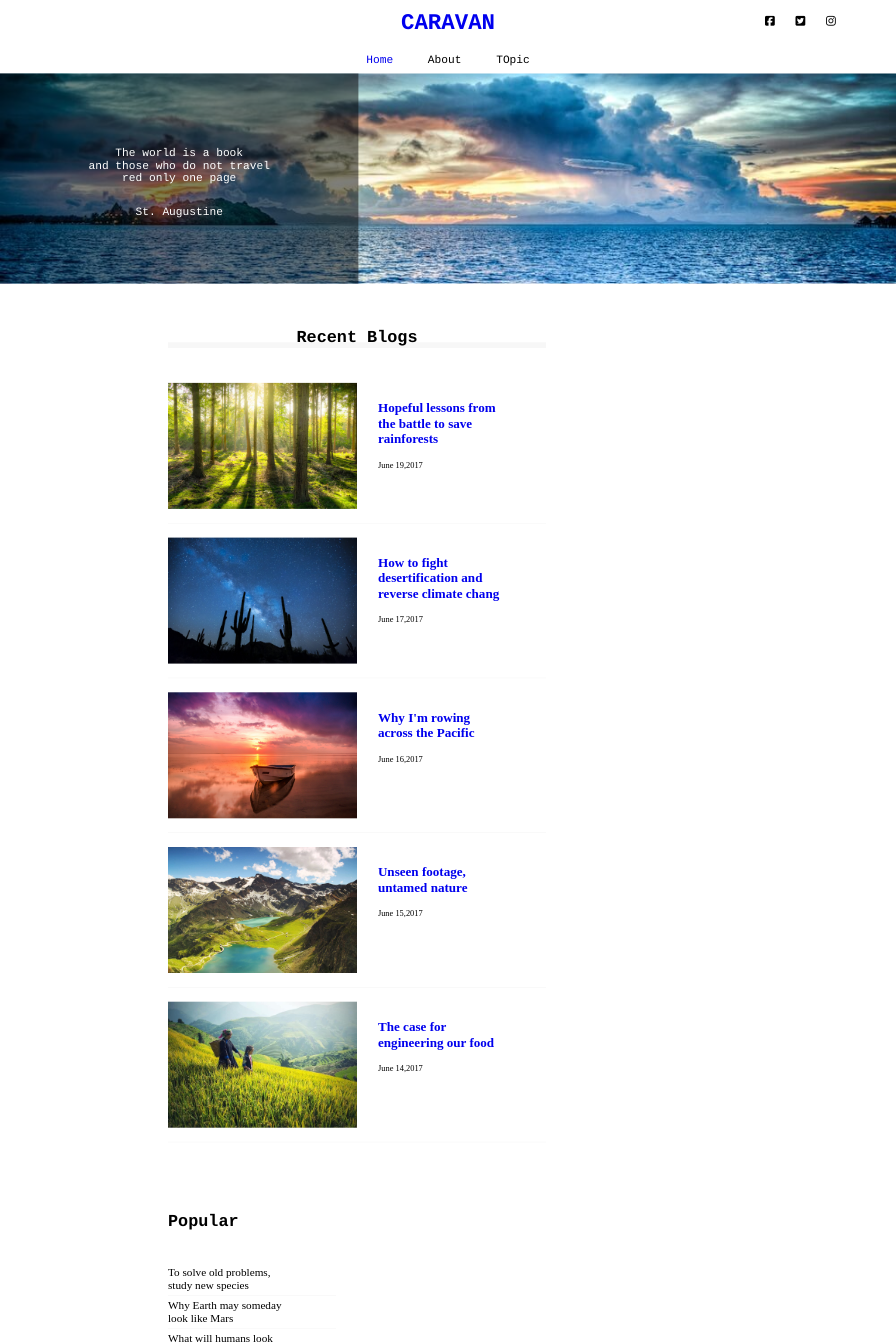
Repository: wakasugisatoi/git
Page: caravan/index2.html
The author's editor kept a record of every edit. The page is drawn from the files as they stood at one moment, then again after the next edit.
The browser window is 1280 px wide. The pictures show the part of the page from y = 0 to 1920 px (the page is 3070 px tall), at 70% of full size.
Some web libraries are served in a nearby version.

Above is the page before.

After the next edit:
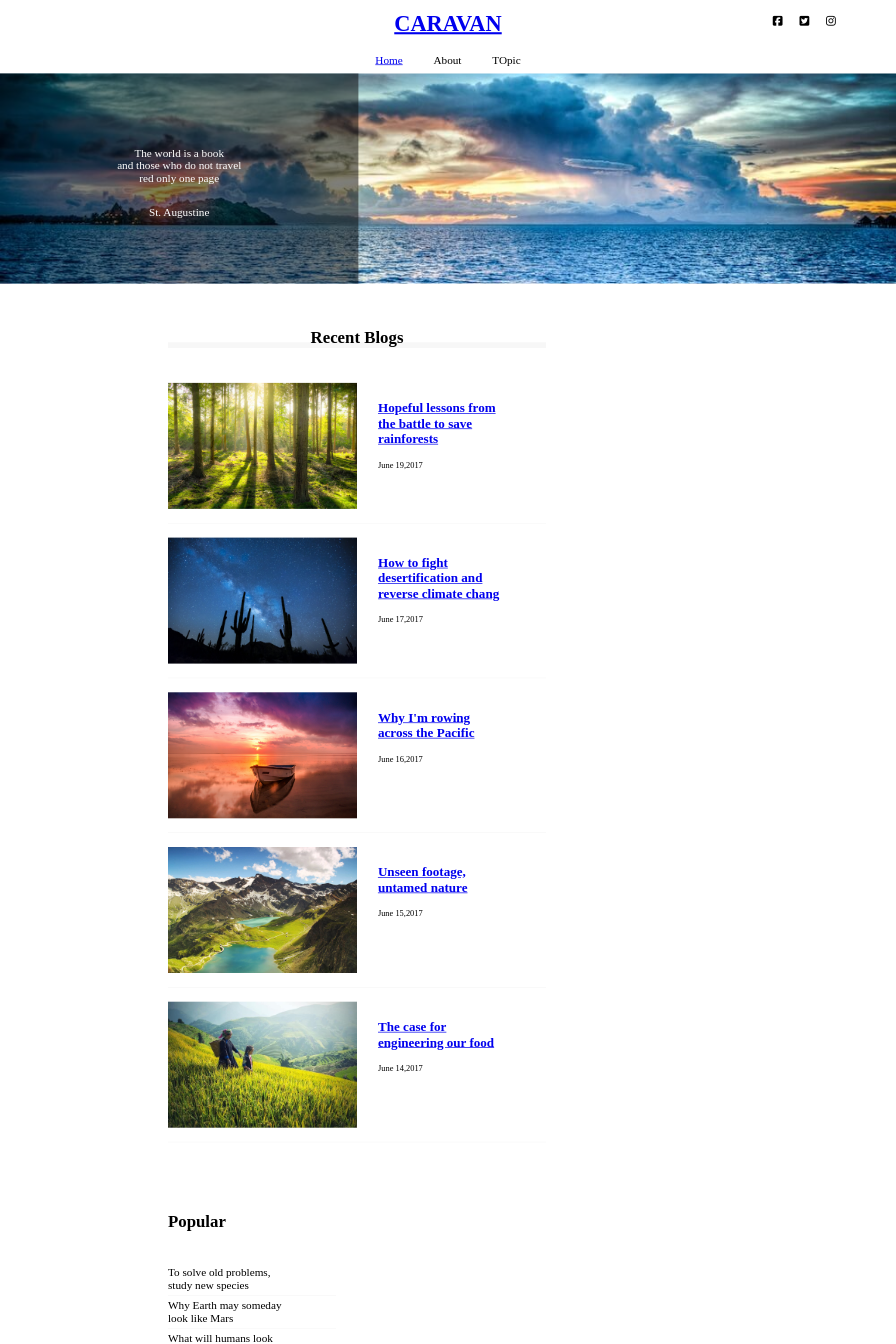
The edit:
--- a/caravan/style2.css
+++ b/caravan/style2.css
@@ -4,9 +4,10 @@
   box-sizing:border-box;
 }
 
-a{
-  text-decoration: none;
-}
+/*a{*/
+  /*text-decoration: none;*/
+}
+
 header,nav,h2,.main-visual,footer{
   font-family: Chalkduster,"Bradley Hand",Courier,"Segoe Print",sans-serif;
 }
